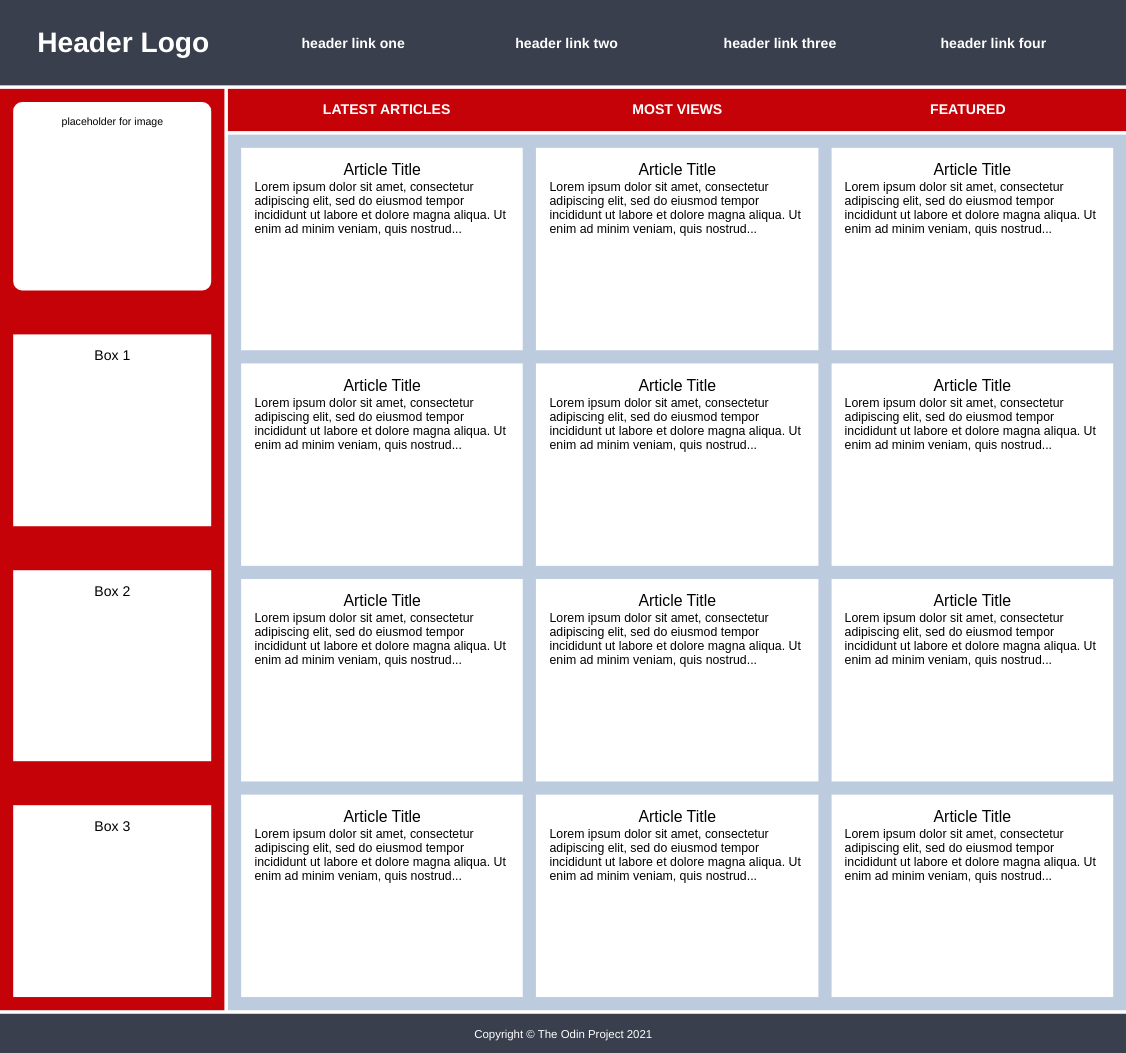
Repository: gkintu/css-exercises
Page: intermediate-html-css/advanced-grid/02-holy-grail-mockup/index.html
These files come from the project's save history. The page is drawn as it stood at one moment and after the next save; the edit follows.
The browser window is 1280 px wide. The pictures show the whole page, at 88% of full size.

Above is the page before, as saved 2025-03-04 11:06:07.

### intermediate-html-css/advanced-grid/02-holy-grail-mockup/index.html
<!DOCTYPE html>
<html lang="en">
  <head>
    <meta charset="UTF-8">
    <meta http-equiv="X-UA-Compatible" content="IE=edge">
    <meta name="viewport" content="width=device-width, initial-scale=1.0">
    <title>Holy Grail Mockup</title>
    <link rel="stylesheet" href="style.css">
  </head>
  <body>
    <div class="container">

      <div class="header">
        <div class="logo">Header Logo</div>
        <div class="menu">
          <ul>
            <li>header link one</li>
            <li>header link two</li>
            <li>header link three</li>
            <li>header link four</li>
          </ul>
        </div>
      </div>

      <div class="sidebar">
        <div class="photo">
          <p>placeholder for image</p>
        </div>
        <div class="side-content">Box 1
        </div>
        <div class="side-content">Box 2
        </div>
        <div class="side-content">Box 3
        </div>
      </div>

      <div class="nav">
        <ul>
          <li>Latest Articles</li>
          <li>Most Views</li>
          <li>Featured</li>
        </ul>
      </div>

      <div class="article">
        <div class="card">
          <p class="title">Article Title</p>
          <p>Lorem ipsum dolor sit amet, consectetur adipiscing elit, sed do eiusmod tempor incididunt ut labore et dolore magna aliqua. Ut enim ad minim veniam, quis nostrud...</p>
        </div>
        <div class="card">
          <p class="title">Article Title</p>
          <p>Lorem ipsum dolor sit amet, consectetur adipiscing elit, sed do eiusmod tempor incididunt ut labore et dolore magna aliqua. Ut enim ad minim veniam, quis nostrud...</p>
        </div>
        <div class="card">
          <p class="title">Article Title</p>
          <p>Lorem ipsum dolor sit amet, consectetur adipiscing elit, sed do eiusmod tempor incididunt ut labore et dolore magna aliqua. Ut enim ad minim veniam, quis nostrud...</p>
        </div>
        <div class="card">
          <p class="title">Article Title</p>
          <p>Lorem ipsum dolor sit amet, consectetur adipiscing elit, sed do eiusmod tempor incididunt ut labore et dolore magna aliqua. Ut enim ad minim veniam, quis nostrud...</p>
        </div>
        <div class="card">
          <p class="title">Article Title</p>
          <p>Lorem ipsum dolor sit amet, consectetur adipiscing elit, sed do eiusmod tempor incididunt ut labore et dolore magna aliqua. Ut enim ad minim veniam, quis nostrud...</p>
        </div>
        <div class="card">
          <p class="title">Article Title</p>
          <p>Lorem ipsum dolor sit amet, consectetur adipiscing elit, sed do eiusmod tempor incididunt ut labore et dolore magna aliqua. Ut enim ad minim veniam, quis nostrud...</p>
        </div>
        <div class="card">
          <p class="title">Article Title</p>
          <p>Lorem ipsum dolor sit amet, consectetur adipiscing elit, sed do eiusmod tempor incididunt ut labore et dolore magna aliqua. Ut enim ad minim veniam, quis nostrud...</p>
        </div>
        <div class="card">
          <p class="title">Article Title</p>
          <p>Lorem ipsum dolor sit amet, consectetur adipiscing elit, sed do eiusmod tempor incididunt ut labore et dolore magna aliqua. Ut enim ad minim veniam, quis nostrud...</p>
        </div>
        <div class="card">
          <p class="title">Article Title</p>
          <p>Lorem ipsum dolor sit amet, consectetur adipiscing elit, sed do eiusmod tempor incididunt ut labore et dolore magna aliqua. Ut enim ad minim veniam, quis nostrud...</p>
        </div>
        <div class="card">
          <p class="title">Article Title</p>
          <p>Lorem ipsum dolor sit amet, consectetur adipiscing elit, sed do eiusmod tempor incididunt ut labore et dolore magna aliqua. Ut enim ad minim veniam, quis nostrud...</p>
        </div>
        <div class="card">
          <p class="title">Article Title</p>
          <p>Lorem ipsum dolor sit amet, consectetur adipiscing elit, sed do eiusmod tempor incididunt ut labore et dolore magna aliqua. Ut enim ad minim veniam, quis nostrud...</p>
        </div>
        <div class="card">
          <p class="title">Article Title</p>
          <p>Lorem ipsum dolor sit amet, consectetur adipiscing elit, sed do eiusmod tempor incididunt ut labore et dolore magna aliqua. Ut enim ad minim veniam, quis nostrud...</p>
        </div>
      </div>

      <div class="footer">
        <p>Copyright © The Odin Project 2021</p>
      </div>

    </div>
  </body>
</html>

### intermediate-html-css/advanced-grid/02-holy-grail-mockup/style.css
* {
  margin: 0;
  padding: 0;
}

.container {
  display: grid;
  text-align: center;
  grid-template-columns: 1fr 4fr;
  gap: 4px;
}

.container div {
  padding: 15px;
  font-size: 32px;
  font-family: Helvetica;
  font-weight: bold;
  color: white;
}

.header {

  background-color: #393f4d;
  display: grid;
  grid-column: 1 / 3;
  grid-template-columns: 1fr 4fr;
  align-items: center;
}

.menu {
  grid-column: 2 / 3;
}

.menu ul {
  display: grid;
  list-style-type: none;
  grid-template-columns: repeat(4, 1fr);

}



.menu ul,
.menu li {
  font-size: 16px;
}

.sidebar {
  background-color: #C50208;
  display:grid;
  gap: 50px;

  grid-column: 1 / 2;
  grid-row: 2/4;
}



.sidebar>div>p  {
  display:grid;
  align-self: center;

}

.sidebar .photo {
  background-color: white;
  color: black;
  font-size: 12px;
  font-weight: normal;
  border-radius: 10px;

}


.sidebar .side-content {
  background-color: white;
  color: black;
  font-size: 16px;
  font-weight: normal;
}

.nav {

  background-color: #C50208;
  grid-column: 2 / 3;
  grid-row: 2;
  align-self: start;
}

.nav ul {
  display:grid;
  grid-template-columns: repeat(3, 1fr);

}

.nav ul li {
  font-size: 16px;
  text-transform: uppercase;
  list-style-type: none;
}

.article {

  background-color: #bccbde;
  grid-column: 2 / 3;
  grid-row: 3;
  display:grid;
  grid-template-columns: repeat(auto-fit, minmax(250px, 1fr));
  gap: 15px;
}

.card {
  height: 200px;
}

.article p {
  font-size: 18px;
  font-family: sans-serif;
  color: white;
  text-align: left;
}

.article .card {
  background-color: #FFFFFF;
  color: black;
  text-align: center;
}

.card p {
  color: black;
  font-weight: normal;
  font-size: 14px;
}

.card .title {
  font-size: 18px;
  text-align: center;
}

.footer {


  background-color: #393f4d;
  grid-column: 1 / 3;
  grid-row: 4;
}

.footer p {
  font-size: 13px;
  font-weight: normal;
}

After the next save:
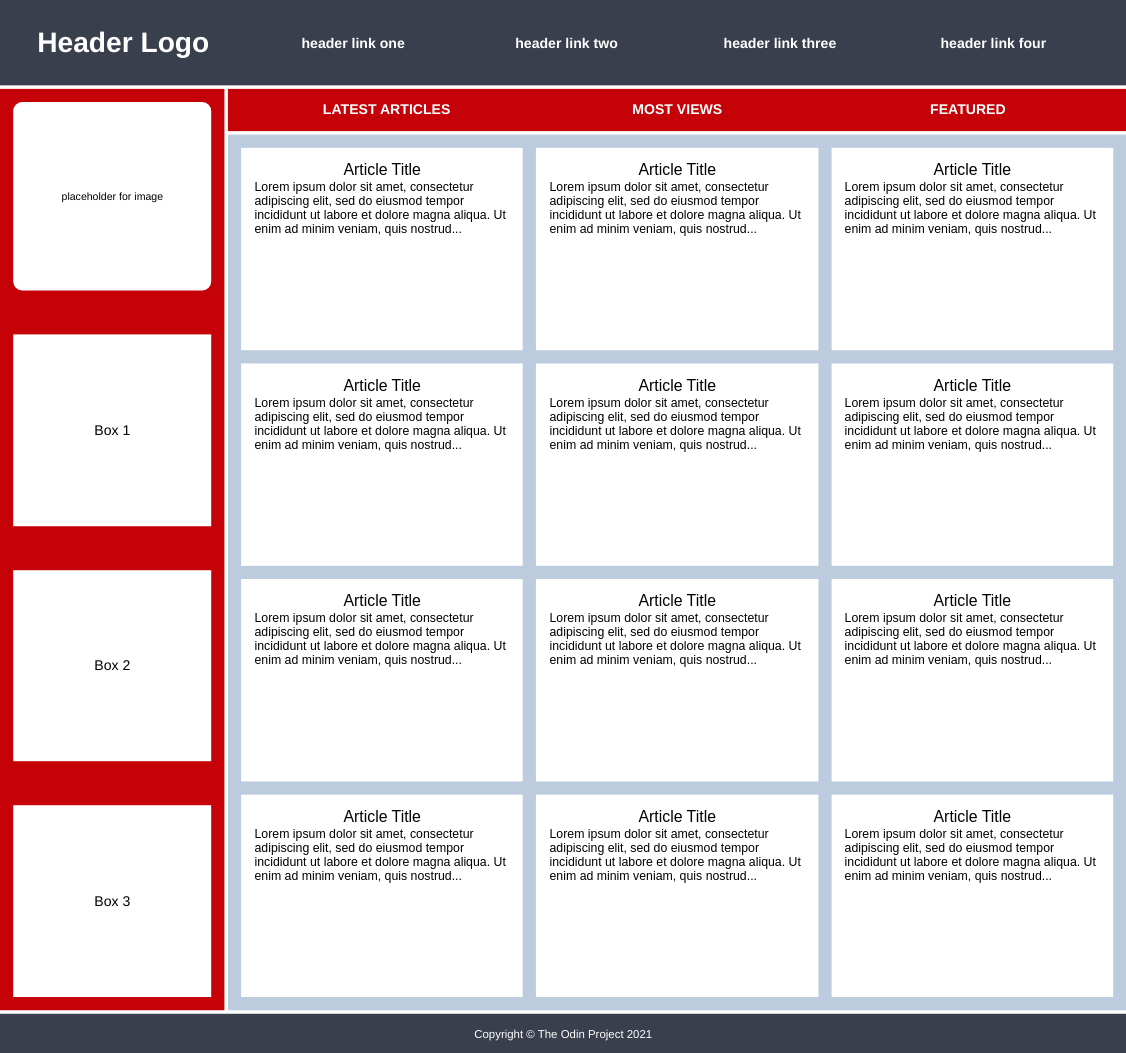
Saved 4 min 45 s later.
--- a/intermediate-html-css/advanced-grid/02-holy-grail-mockup/style.css
+++ b/intermediate-html-css/advanced-grid/02-holy-grail-mockup/style.css
@@ -54,12 +54,10 @@
   grid-row: 2/4;
 }
 
-
-
-.sidebar>div>p  {
+.photo,
+.side-content {
   display:grid;
-  align-self: center;
-
+  align-items: center;
 }
 
 .sidebar .photo {
